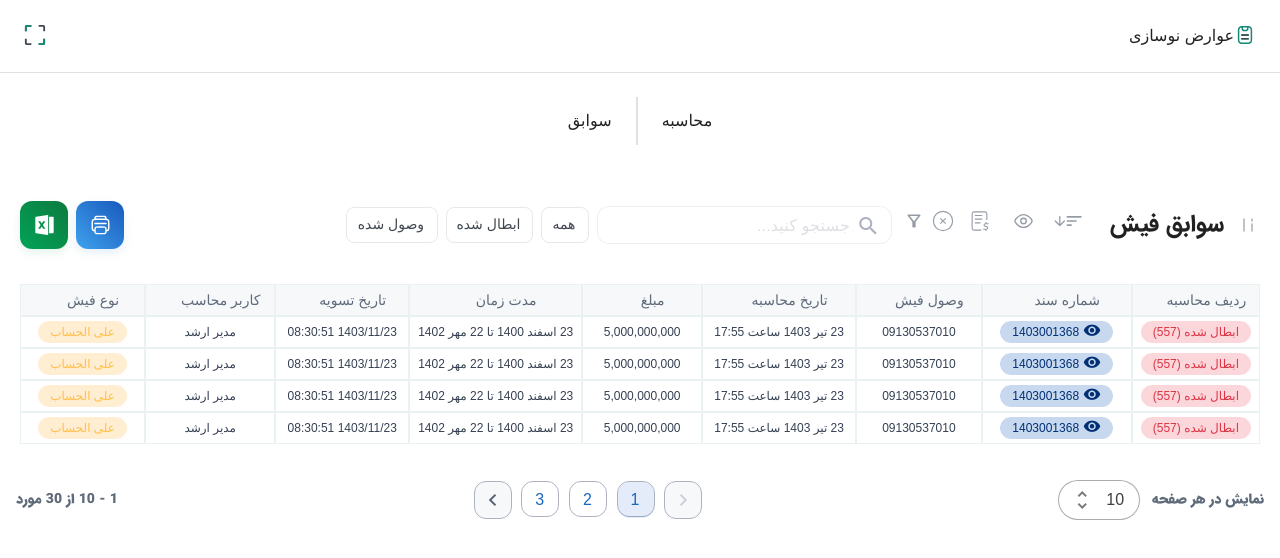
Repository: mobinazarein/data-table
Page: /
The author's editor kept a copy of each file at every save. The page is drawn from the files as they stood at one save, then again after a run of saves.
The browser window is 1280 px wide. The pictures show the whole page.
Some web fonts or font styles are not loaded; a fallback is used. The project was rebuilt for these pictures with package versions that can differ from the ones it lists, and the page was loaded fresh each time. Also part of the build but not shown: vue.config.js.

Above is the page before, as saved 2025-03-26 13:39:48.

### public/index.html
<!DOCTYPE html>
<html lang="en" dir="rtl">
  <head>
    <meta charset="utf-8">
    <meta http-equiv="X-UA-Compatible" content="IE=edge">
    <meta name="viewport" content="width=device-width,initial-scale=1.0">
    <link rel="icon" href="<%= BASE_URL %>favicon.ico">
    <title><%= htmlWebpackPlugin.options.title %></title>
  </head>
  <body>
    <noscript>
      <strong>We're sorry but <%= htmlWebpackPlugin.options.title %> doesn't
        work properly without JavaScript enabled. Please enable it to
        continue.</strong>
    </noscript>
    <div id="app"></div>
    <!-- built files will be auto injected -->
  </body>
</html>

### src/App.vue
<template>
  <v-app dir="rtl">
    <v-locale-provider :rtl="true">
      <div dir="rtl">
        <TopHeader />
        <BelowHeader />
        <DataTable :headers="pageData.headers" :items="pageData.items" :showExportButtons="true" :itemsPerPage="20"
          :showSearchBtn="true" :items-per-page="10" :customStyles="[
            { key: 'row', bgColor: '#FFEEF0', textColor: '#DC3545' },
            { key: 'documentNumber', bgColor: '#E4EFFF', textColor: '#013075', icon: 'mdi-eye', iconColor: '#013075', iconSize: '18px' },
            { key: 'receiptType', bgColor: '#FFBE4C26', textColor: '#FFBE4C' }
          ]" title="سوابق فیش" :iconComponent="PauseIcon"
          :iconList="[PaginationIcon, EyeIcon, InvoiceIcon, CircleCross, FilterIcon]"
          :mobileIconList="[PaginationIcon, EyeIcon, InvoiceIcon, CircleCross, FilterIcon, PrinterIcon, ExcelIcon]"
          :buttons="pageData.buttonList" :mobileFilterButtons="pageData.mobileBtn" :actions="actions" />
      </div>
    </v-locale-provider>
  </v-app>
</template>

<script setup>
import TopHeader from './layouts/TopHeader.vue';
import DataTable from './components/DataTable.vue';
import PauseIcon from './assets/Icons/PauseIcon.vue';
import PaginationIcon from '@/assets/Icons/PaginationIcon.vue';
import EyeIcon from '@/assets/Icons/EyeIcon.vue';
import InvoiceIcon from '@/assets/Icons/InvoiceIcon.vue';
import CircleCross from '@/assets/Icons/CircleCross.vue';
import FilterIcon from '@/assets/Icons/FilterIcon.vue';
import PrinterIcon from '@/assets/Icons/PrinterIcon.vue';
import ExcelIcon from '@/assets/Icons/ExcelIcon.vue';
import BelowHeader from './layouts/BelowHeader.vue';
import { ref } from 'vue';
const pageData = ref({
  headers: [
    { title: 'ردیف محاسبه', key: 'row', align: 'center', sortable: true, width: '121px' },
    { title: 'شماره سند', key: 'documentNumber', align: 'center', sortable: true, width: '165px' },
    { title: 'وصول فیش', key: 'receiptStatus', align: 'center', sortable: true, width: '139px' },
    { title: 'تاریخ محاسبه', key: 'calculationDate', align: 'center', sortable: true, width: '159px' },
    { title: 'مبلغ', key: 'amount', align: 'center', sortable: true, width: '139px' },
    { title: 'مدت زمان', key: 'duration', align: 'center', sortable: true, width: '165px' },
    { title: 'تاریخ تسویه', key: 'settlementDate', align: 'center', sortable: true, width: '139px' },
    { title: 'کاربر محاسب', key: 'user', align: 'center', sortable: true, width: '139px' },
    { title: 'نوع فیش', key: 'receiptType', align: 'center', sortable: true, width: '139px' },
    // { title: 'عملیات', key: 'actions', align: 'center', sortable: true, width: '139px' }
  ],
  items: [
    {
      row: 'ابطال شده (557)',
      documentNumber: '1403001368',
      receiptStatus: '09130537010',
      calculationDate: '23 تیر 1403 ساعت 17:55',
      amount: '5,000,000,000',
      duration: '23 اسفند 1400 تا 22 مهر 1402',
      settlementDate: '1403/11/23 08:30:51',
      user: 'مدیر ارشد',
      receiptType: 'علی الحساب',
    },
    {
      row: 'ابطال شده (557)',
      documentNumber: '1403001368',
      receiptStatus: '09130537010',
      calculationDate: '23 تیر 1403 ساعت 17:55',
      amount: '5,000,000,000',
      duration: '23 اسفند 1400 تا 22 مهر 1402',
      settlementDate: '1403/11/23 08:30:51',
      user: 'مدیر ارشد',
      receiptType: 'علی الحساب'
    },
    {
      row: 'ابطال شده (557)',
      documentNumber: '1403001368',
      receiptStatus: '09130537010',
      calculationDate: '23 تیر 1403 ساعت 17:55',
      amount: '5,000,000,000',
      duration: '23 اسفند 1400 تا 22 مهر 1402',
      settlementDate: '1403/11/23 08:30:51',
      user: 'مدیر ارشد',
      receiptType: 'علی الحساب'
    }, {
      row: 'ابطال شده (557)',
      documentNumber: '1403001368',
      receiptStatus: '09130537010',
      calculationDate: '23 تیر 1403 ساعت 17:55',
      amount: '5,000,000,000',
      duration: '23 اسفند 1400 تا 22 مهر 1402',
      settlementDate: '1403/11/23 08:30:51',
      user: 'مدیر ارشد',
      receiptType: 'علی الحساب'
    }
  ],
  buttonList: [
    { label: 'همه', width: 48 },
    { label: 'ابطال شده', width: 87 },
    { label: 'وصول شده', width: 92 },
  ],
  mobileBtn: [
    { label: "همه", width: 44, borderRadius: 62 },
    { label: "ابطال شده", width: 80, borderRadius: 42 },
    { label: "وصول شده", width: 89, borderRadius: 42 }
  ]
}).value;
const actions = [
  { icon: 'mdi-pencil', method: editItem },
  { icon: 'mdi-delete', method: deleteItem },
];
function editItem() {
  console.log('edit');
}
function deleteItem() {
  console.log('delete');

}
</script>
<style>
body {
  font-family: "IRANSans", sans-serif;
}
</style>

### src/assets/base.scss
// @import "./styles/fonts";

*,
*::before,
*::after {
  box-sizing: border-box;
  margin: 0;
  font-weight: normal;
  font-family: "IRANSans", sans-serif;
  letter-spacing: 0;
}

body {
  font-family: "IRANSans", sans-serif !important;
}
h1,
h2 {
  font-family: "IRANSans", sans-serif;
  font-weight: 700;
}
p {
  font-family: "IRANSans", sans-serif;
  font-weight: 400;
}
.v-field.v-field--center-affix.v-field--prepended.v-field--variant-outlined.v-theme--light.v-locale--is-rtl {
  border-radius: 12px !important;
}
.v-field__prepend-inner {
  color: #737993;
}

label.v-label.v-field-label {
  color: #c7cacf;
}

.v-field.v-field--center-affix.v-field--prepended.v-field--variant-outlined.v-theme--light.v-locale--is-rtl {
  color: #77787f4d;
}
/* .v-table__wrapper {
  overflow: hidden;
} */
.v-data-table thead {
  background-color: #f6f8fa !important;
  width: 138.41665649414062px;
  height: 32px !important;
}

.v-data-table thead th {
  height: 32px !important;
  color: #5f6b7a !important;
  font-weight: 700 !important;
  border: 1px solid #eaf1f2 !important;
  padding: 0 8px !important;
}

.v-data-table tbody tr td {
  height: 32px !important;
  color: #364153 !important;
  font-weight: 500 !important;
  border: 1px solid #eaf1f2 !important;
  white-space: nowrap !important;
  overflow: hidden !important;
  text-overflow: ellipsis !important;
  height: 32px !important;
  padding: 0 8px !important;
  font-size: 12px !important;
  padding: 0 8px !important;
  font-weight: 400 !important;
}

.v-data-table tbody tr {
  height: 32px !important;
}

td.v-data-table__td.v-data-table-column--align-center {
  font-size: 12px !important;
  height: 32px !important;
}

th {
  white-space: nowrap;
}

.custom-pagination .v-pagination__item {
  border-radius: 12px !important;
  min-width: 36px !important;
  height: 36px !important;
  font-size: 14px !important;
  color: #5b6176 !important;
  border: 1px solid #aeb2c0 !important;
}

.custom-pagination .v-pagination__item--active {
  border-radius: 12px !important;
  min-width: 36px !important;
  height: 36px !important;
  background-color: #b8dada !important;
  color: #148976 !important;
  border: 1px solid #148976 !important;
  font-weight: bold !important;
  box-shadow: none !important;
}
button.v-btn.v-btn--icon.v-theme--light.text-primary.v-btn--density-comfortable.v-btn--rounded.v-btn--size-default.v-btn--variant-text {
  border-radius: 12px !important;
}

.custom-pagination .v-pagination__prev,
.custom-pagination .v-pagination__next {
  border-radius: 12px !important;
  background-color: #f6f8fa !important;
  color: #5b6176 !important;
  border: 1px solid #aeb2c0 !important;
}
.mdi-chevron-right::before {
  color: #5b6176 !important;
}

.mdi-chevron-left::before {
  color: #5b6176 !important;
}

.custom-pagination .v-pagination__prev:hover,
.custom-pagination .v-pagination__next:hover,
.custom-pagination .v-pagination__prev:focus,
.custom-pagination .v-pagination__next:focus,
.custom-pagination .v-pagination__prev.v-pagination__item--active,
.custom-pagination .v-pagination__next.v-pagination__item--active {
  border: 1px solid #148976 !important;
  color: #148976 !important;
}

.custom-pagination .v-pagination__item--active,
.custom-pagination .v-pagination__item:focus {
  border-radius: 12px !important;
  min-width: 36px !important;
  height: 36px !important;
  background-color: #d8eef2 !important;
  color: #148976 !important;
  border: 1px solid #148976 !important;
  font-weight: bold !important;
}

.custom-pagination .v-pagination__item:hover {
  border: 1px solid #148976 !important;
  color: #148976 !important;
}

.custom-pagination .v-pagination__prev:hover,
.custom-pagination .v-pagination__next:hover {
  border: 1px solid #148976 !important;
  color: #148976 !important;
}

### src/layouts/TopHeader.vue
<template>
    <div class="d-flex justify-space-between items-center pa-6 border-b border-[#ADB0B433] select-none">
        <div class="d-flex flex-row gap-x-1.25">
            <ClipBoard />
            <div class="h-5 text-nowrap">عوارض نوسازی</div>
        </div>
        <FullScreen class="cursor-pointer" @click="toggleFullscreen" />
    </div>
</template>
<script setup>
import ClipBoard from "../assets/Icons/headers/ClipboardIcon.vue";
import FullScreen from "../assets/Icons/headers/FullScreen.vue";
const toggleFullscreen = () => {
    if (document.fullscreenElement) {
        if (document.exitFullscreen) {
            document.exitFullscreen();
        } else if (document.webkitExitFullscreen) {
            // Safari
            document.webkitExitFullscreen();
        } else if (document.mozCancelFullScreen) {
            // Firefox
            document.mozCancelFullScreen();
        } else if (document.msExitFullscreen) {
            // IE/Edge
            document.msExitFullscreen();
        }
    } else {
        const doc = document.documentElement;
        if (doc.requestFullscreen) {
            doc.requestFullscreen();
        } else if (doc.mozRequestFullScreen) {
            // Firefox
            doc.mozRequestFullScreen();
        } else if (doc.webkitRequestFullscreen) {
            // Chrome, Safari, Opera
            doc.webkitRequestFullscreen();
        } else if (doc.msRequestFullscreen) {
            // IE/Edge
            doc.msRequestFullscreen();
        }
    }
};
</script>
<style scoped></style>

### src/assets/Icons/PauseIcon.vue
<template>
    <svg width="24" height="24" viewBox="0 0 24 24" fill="none" xmlns="http://www.w3.org/2000/svg">
        <path d="M8 6V18M16 6V8M16 18V11" stroke="#ADB0B4" stroke-width="1.5" stroke-linecap="round"
            stroke-linejoin="round" />
    </svg>
</template>

### src/assets/Icons/PaginationIcon.vue
<template>
    <svg width="36" height="48" viewBox="0 0 36 48" fill="none" xmlns="http://www.w3.org/2000/svg">
<path d="M9.79481 19.4529V28.5469M9.79481 28.5469L14.3418 23.9999M9.79481 28.5469L5.2478 23.9999" stroke="#969CA6" stroke-width="1.29915" stroke-linecap="round" stroke-linejoin="round"/>
<path d="M16.7693 28.9231H21.6924V27.282H16.7693V28.9231ZM16.7693 19.0769V20.7179H31.5385V19.0769H16.7693ZM16.7693 24.8205H26.6154V23.1795H16.7693V24.8205Z" fill="#969CA6"/>
</svg>
</template>

### src/assets/Icons/EyeIcon.vue
<template>
    <svg width="37" height="48" viewBox="0 0 37 48" fill="none" xmlns="http://www.w3.org/2000/svg">
<path d="M18.5 17.5833C21.4713 17.5833 24.0781 19.7396 25.7446 21.5522C26.4843 22.3568 26.8542 22.7591 26.979 23.5925C27.0096 23.7966 27.0096 24.2033 26.979 24.4073C26.8542 25.2407 26.4843 25.643 25.7446 26.4477C24.0781 28.2603 21.4713 30.4166 18.5 30.4166C15.5288 30.4166 12.922 28.2603 11.2555 26.4477C10.5158 25.643 10.1459 25.2407 10.0211 24.4073C9.99049 24.2033 9.99049 23.7966 10.0211 23.5925C10.1459 22.7591 10.5158 22.3568 11.2555 21.5522C12.922 19.7396 15.5288 17.5833 18.5 17.5833Z" stroke="#969CA6" stroke-width="1.375" stroke-linejoin="round"/>
<path d="M21.25 24C21.25 25.5188 20.0188 26.75 18.5 26.75C16.9812 26.75 15.75 25.5188 15.75 24C15.75 22.4812 16.9812 21.25 18.5 21.25C20.0188 21.25 21.25 22.4812 21.25 24Z" stroke="#969CA6" stroke-width="1.375" stroke-linejoin="round"/>
</svg>
</template>

### src/assets/Icons/InvoiceIcon.vue
<template>
    <svg width="35" height="48" viewBox="0 0 35 48" fill="none" xmlns="http://www.w3.org/2000/svg">
<path d="M26.6666 26.1999H23.9166V27.2999H26.6666V26.1999ZM23.9166 26.1999H23.4583V27.2999H23.9166V26.1999ZM23.4583 30.0499H24.375V28.9499H23.4583V30.0499ZM24.375 31.6999H23.9166V32.7999H24.375V31.6999ZM23.9166 31.6999H21.1666V32.7999H23.9166V31.6999ZM25.2 30.8749C25.2 31.3306 24.8306 31.6999 24.375 31.6999V32.7999C25.4381 32.7999 26.3 31.9381 26.3 30.8749H25.2ZM24.375 30.0499C24.8306 30.0499 25.2 30.4193 25.2 30.8749H26.3C26.3 29.8118 25.4381 28.9499 24.375 28.9499V30.0499ZM21.5333 28.1249C21.5333 29.1881 22.3951 30.0499 23.4583 30.0499V28.9499C23.0027 28.9499 22.6333 28.5806 22.6333 28.1249H21.5333ZM23.4583 26.1999C22.3951 26.1999 21.5333 27.0618 21.5333 28.1249H22.6333C22.6333 27.6693 23.0027 27.2999 23.4583 27.2999V26.1999ZM24.4666 26.7499V24.9166H23.3666V26.7499H24.4666ZM23.3666 32.2499V34.0833H24.4666V32.2499H23.3666ZM13.8333 15.3833H21.1666V14.2833H13.8333V15.3833ZM19.3333 32.6166H13.8333V33.7166H19.3333V32.6166ZM10.7166 29.4999V18.4999H9.61663V29.4999H10.7166ZM13.8333 32.6166C12.9535 32.6166 12.349 32.6154 11.8949 32.5544C11.4567 32.4954 11.2418 32.39 11.0925 32.2407L10.3147 33.0185C10.7024 33.4062 11.1881 33.5692 11.7483 33.6446C12.2928 33.7178 12.9846 33.7166 13.8333 33.7166V32.6166ZM9.61663 29.4999C9.61663 30.3486 9.61546 31.0405 9.68865 31.5849C9.76397 32.1451 9.92698 32.6308 10.3147 33.0185L11.0925 32.2407C10.9432 32.0914 10.8378 31.8766 10.7788 31.4383C10.7178 30.9842 10.7166 30.3797 10.7166 29.4999H9.61663ZM21.1666 15.3833C22.0464 15.3833 22.6509 15.3844 23.105 15.4455C23.5433 15.5044 23.7582 15.6099 23.9074 15.7591L24.6852 14.9813C24.2975 14.5936 23.8118 14.4306 23.2516 14.3553C22.7072 14.2821 22.0153 14.2833 21.1666 14.2833V15.3833ZM25.3833 18.4999C25.3833 17.6512 25.3845 16.9594 25.3113 16.415C25.2359 15.8547 25.0729 15.369 24.6852 14.9813L23.9074 15.7591C24.0567 15.9084 24.1622 16.1233 24.2211 16.5615C24.2821 17.0156 24.2833 17.6201 24.2833 18.4999H25.3833ZM13.8333 14.2833C12.9846 14.2833 12.2928 14.2821 11.7483 14.3553C11.1881 14.4306 10.7024 14.5936 10.3147 14.9813L11.0925 15.7591C11.2418 15.6099 11.4567 15.5044 11.8949 15.4455C12.349 15.3844 12.9535 15.3833 13.8333 15.3833V14.2833ZM10.7166 18.4999C10.7166 17.6201 10.7178 17.0156 10.7788 16.5615C10.8378 16.1233 10.9432 15.9084 11.0925 15.7591L10.3147 14.9813C9.92698 15.369 9.76397 15.8547 9.68865 16.415C9.61546 16.9594 9.61663 17.6512 9.61663 18.4999H10.7166ZM24.2833 18.4999V23.0833H25.3833V18.4999H24.2833ZM12.9166 19.0499H20.25V17.9499H12.9166V19.0499ZM12.9166 22.7166H20.25V21.6166H12.9166V22.7166ZM12.9166 26.3833H18.4166V25.2833H12.9166V26.3833Z" fill="#969CA6"/>
</svg>
</template>

### src/assets/Icons/CircleCross.vue
<template>
    <svg width="22" height="22" viewBox="0 0 21 20" fill="none" xmlns="http://www.w3.org/2000/svg">
        <path
            d="M7.90736 7.40719L13.0928 12.5926M13.0927 7.40719L7.90726 12.5926M19.6667 9.99992C19.6667 15.0625 15.5627 19.1666 10.5 19.1666C5.43743 19.1666 1.33337 15.0625 1.33337 9.99992C1.33337 4.93731 5.43743 0.833252 10.5 0.833252C15.5627 0.833252 19.6667 4.93731 19.6667 9.99992Z"
            stroke="#969CA6" stroke-width="1.1" />
    </svg>
</template>

### src/assets/Icons/FilterIcon.vue
<template>
    <svg width="20" height="20" viewBox="0 0 20 20" fill="none" xmlns="http://www.w3.org/2000/svg">
<path d="M5.90159 5.07682H14.1067L9.99595 10.246L5.90159 5.07682ZM3.64518 4.75682C5.30262 6.88194 8.36313 10.8204 8.36313 10.8204V15.7435C8.36313 16.1948 8.73236 16.564 9.18364 16.564H10.8247C11.276 16.564 11.6452 16.1948 11.6452 15.7435V10.8204C11.6452 10.8204 14.6975 6.88194 16.3549 4.75682C16.7734 4.21528 16.3877 3.43579 15.7067 3.43579H4.29339C3.61236 3.43579 3.22672 4.21528 3.64518 4.75682Z" fill="#969CA6"/>
</svg>
</template>

### src/assets/Icons/PrinterIcon.vue
<template>
    <svg
      width="23"
      height="24"
      viewBox="0 0 23 24"
      fill="none"
      xmlns="http://www.w3.org/2000/svg"
      :style="{ color: iconColor }"
    >
      <path
        d="M6 10.5641H17M6 17.7447V17.7447C5.66891 17.7447 5.50337 17.7447 5.36418 17.7283C4.26359 17.599 3.39569 16.7311 3.26636 15.6305C3.25 15.4913 3.25 15.3257 3.25 14.9947V10.5641C3.25 8.76909 3.25 7.87158 3.70712 7.24241C3.85475 7.03921 4.03345 6.86052 4.23664 6.71289C4.86582 6.25577 5.76332 6.25577 7.55833 6.25577H15.4417C17.2367 6.25577 18.1342 6.25577 18.7634 6.71289C18.9666 6.86052 19.1452 7.03921 19.2929 7.24241C19.75 7.87158 19.75 8.76909 19.75 10.5641V14.9947C19.75 15.3257 19.75 15.4913 19.7336 15.6305C19.6043 16.7311 18.7364 17.599 17.6358 17.7283C17.4966 17.7447 17.3311 17.7447 17 17.7447V17.7447M6 17.7447V17.7447C6 18.6368 6 19.0829 6.14576 19.4348C6.3401 19.904 6.71286 20.2768 7.18205 20.4711C7.53393 20.6169 7.98003 20.6169 8.87222 20.6169H14.1278C15.02 20.6169 15.4661 20.6169 15.818 20.4711C16.2871 20.2768 16.6599 19.904 16.8542 19.4348C17 19.0829 17 18.6368 17 17.7447V17.7447M6 17.7447V17.3617C6 15.9257 6 15.2077 6.3657 14.7043C6.4838 14.5418 6.62676 14.3988 6.78931 14.2807C7.29265 13.915 8.01066 13.915 9.44667 13.915H13.5533C14.9893 13.915 15.7073 13.915 16.2107 14.2807C16.3732 14.3988 16.5162 14.5418 16.6343 14.7043C17 15.2077 17 15.9257 17 17.3617V17.7447M17 6.25577V6.25577C17 5.36358 17 4.91748 16.8542 4.56559C16.6599 4.09641 16.2871 3.72364 15.818 3.5293C15.4661 3.38354 15.02 3.38354 14.1278 3.38354H8.87222C7.98003 3.38354 7.53393 3.38354 7.18205 3.5293C6.71286 3.72364 6.3401 4.09641 6.14576 4.56559C6 4.91748 6 5.36358 6 6.25577V6.25577H17Z"
        stroke="currentColor"
        stroke-width="1.43611"
        stroke-linecap="round"
        stroke-linejoin="round"
      />
    </svg>
  </template>

  <script setup>
  import { defineProps } from 'vue';

  defineProps({
    iconColor: {
      type: String,
      default: 'white',
    },
  });
  </script>

### src/assets/Icons/ExcelIcon.vue
<template>
    <svg
      width="23"
      height="22"
      viewBox="0 0 23 22"
      fill="none"
      xmlns="http://www.w3.org/2000/svg"
      :style="{ color: iconColor }"
    >
      <g clip-path="url(#clip0_397_6997)">
        <path
          d="M3.12085 2.63712L14.6434 0.991705C14.7084 0.982376 14.7747 0.987136 14.8377 1.00566C14.9007 1.02419 14.959 1.05604 15.0087 1.09908C15.0583 1.14211 15.0981 1.19531 15.1254 1.25507C15.1527 1.31483 15.1668 1.37976 15.1668 1.44546V20.5543C15.1668 20.6199 15.1527 20.6847 15.1254 20.7444C15.0982 20.8041 15.0585 20.8573 15.009 20.9003C14.9594 20.9433 14.9012 20.9752 14.8383 20.9938C14.7754 21.0124 14.7092 21.0172 14.6443 21.008L3.11994 19.3626C2.90142 19.3315 2.70147 19.2226 2.55682 19.0559C2.41216 18.8892 2.33252 18.6758 2.33252 18.4551V3.54462C2.33252 3.3239 2.41216 3.11059 2.55682 2.94388C2.70147 2.77716 2.90234 2.66824 3.12085 2.63712ZM16.0834 2.74987H19.7501C19.9932 2.74987 20.2264 2.84645 20.3983 3.01836C20.5702 3.19027 20.6668 3.42342 20.6668 3.66654V18.3332C20.6668 18.5763 20.5702 18.8095 20.3983 18.9814C20.2264 19.1533 19.9932 19.2499 19.7501 19.2499H16.0834V2.74987ZM9.8501 10.9999L12.4168 7.33321H10.2168L8.7501 9.42871L7.28344 7.33321H5.08344L7.6501 10.9999L5.08344 14.6665H7.28344L8.7501 12.571L10.2168 14.6665H12.4168L9.8501 10.9999Z"
          fill="currentColor"
        />
      </g>
      <defs>
        <clipPath id="clip0_397_6997">
          <rect width="22" height="22" fill="white" transform="translate(0.5)" />
        </clipPath>
      </defs>
    </svg>
  </template>

  <script setup>
  import { defineProps } from 'vue';

  defineProps({
    iconColor: {
      type: String,
      default: 'white',
    },
  });
  </script>

### src/layouts/belowHeader.vue
<template>
  <div
    class="d-flex flex-row text-nowrap justify-center items-center px-52 py-6 gap-x-2 select-none border-b-6 border-[#CFEBFD]">
    <template v-for="(item, index) in items" :key="index">
      <router-link :to="{ name: item.link }" active-class="selected"
        class="flex justify-center items-center px-6 py-3 cursor-pointer">
        {{ item.title }}
      </router-link>
      <div v-if="index < items.length - 1" class="w-0 h-7.5 border border-[#ADB0B41A]"></div>
    </template>
  </div>
</template>
<script setup>
// import { useRoute } from "vue-router";
// const route = useRoute();
const items = [
  { title: "محاسبه", link: "calculation" },
  { title: "سوابق", link: "records" },
  // { title: "کیف نوسازی"},
  // { title: "انتقال فیش" },
  // { title: "فیش علی الحساب" },
  // { title: "آرای کمسیون 77" },
  // { title: "قرارداد های پسماند" },
];
</script>
<style>
.selected {
  color: #ffffff;
  border-radius: 7px;
  background: linear-gradient(90deg, #148976 0%, #117363 100%);
}
</style>

### src/assets/styles/_fonts.scss
@font-face {
  font-family: "IRANSans";
  src: url("/public/fonts/IRANSans.woff2") format("woff2");
  font-weight: 400;
  font-style: normal;
  font-display: swap;
}

@font-face {
  font-family: "IRANSans";
  src: url("/public/fonts/IRANSans_Black.woff2") format("woff2");
  font-weight: 500;
  font-style: normal;
  font-display: swap;
}

@font-face {
  font-family: "IRANSans";
  src: url("/public/fonts/IRANSans_Bold.woff2") format("woff2");
  font-weight: 800;
  font-style: normal;
  font-display: swap;
}

### src/assets/Icons/headers/FullScreen.vue
<template>
  <svg width="22" height="22" viewBox="0 0 22 22" fill="none" xmlns="http://www.w3.org/2000/svg">
    <g clip-path="url(#clip0_762_4180)">
      <path
        d="M3.66676 2.74973C3.20873 2.74973 2.95741 2.75168 2.78307 2.77512L2.7764 2.77603L2.77548 2.78271C2.75204 2.95705 2.75009 3.20836 2.75009 3.6664V7.33306H0.916761L0.916755 3.61652C0.916678 3.22779 0.916604 2.85 0.958496 2.53842C1.00572 2.18715 1.12078 1.78631 1.45373 1.45337C1.78668 1.12042 2.18752 1.00536 2.53878 0.95813C2.85037 0.916238 3.22816 0.916312 3.61689 0.916388L7.33343 0.916395V2.74973H3.66676Z"
        fill="#40474F" />
      <path
        d="M18.3334 2.74973C18.7915 2.74973 19.0428 2.75168 19.2171 2.77512L19.2238 2.77603L19.2247 2.78271C19.2481 2.95705 19.2501 3.20836 19.2501 3.6664V7.33306H21.0834L21.0834 3.61652C21.0835 3.22781 21.0836 2.84999 21.0417 2.53842C20.9945 2.18715 20.8794 1.78631 20.5465 1.45337C20.2135 1.12042 19.8127 1.00536 19.4614 0.95813C19.1498 0.916238 18.772 0.916312 18.3833 0.916388L14.6668 0.916395V2.74973H18.3334Z"
        fill="#40474F" />
      <path
        d="M18.3334 19.2497C18.7915 19.2497 19.0428 19.2478 19.2171 19.2243L19.2238 19.2234L19.2247 19.2167C19.2481 19.0424 19.2501 18.7911 19.2501 18.333V14.6664H21.0834L21.0834 18.3829C21.0835 18.7716 21.0836 19.1494 21.0417 19.461C20.9945 19.8123 20.8794 20.2131 20.5465 20.5461C20.2135 20.879 19.8127 20.9941 19.4614 21.0413C19.1498 21.0832 18.772 21.0831 18.3833 21.083L14.6668 21.083V19.2497H18.3334Z"
        fill="#40474F" />
      <path
        d="M2.78307 19.2243C2.95741 19.2478 3.20873 19.2497 3.66676 19.2497H7.33343V21.083L3.61689 21.083C3.22816 21.0831 2.85037 21.0832 2.53878 21.0413C2.18752 20.9941 1.78668 20.879 1.45373 20.5461C1.12078 20.2131 1.00572 19.8123 0.958496 19.461C0.916603 19.1494 0.916678 18.7716 0.916755 18.3829L0.916761 14.6664H2.75009V18.333C2.75009 18.7911 2.75204 19.0424 2.77548 19.2167L2.7764 19.2234L2.78307 19.2243Z"
        fill="#40474F" />
    </g>
    <path
      d="M3.66652 2.74985C3.20848 2.74985 2.95717 2.7518 2.78283 2.77524L2.77615 2.77615L2.77524 2.78283C2.7518 2.95717 2.74985 3.20848 2.74985 3.66652V7.33318H0.916517L0.91651 3.61664C0.916434 3.22791 0.91636 2.85013 0.958251 2.53854C1.00548 2.18727 1.12054 1.78644 1.45349 1.45349C1.78643 1.12054 2.18727 1.00548 2.53854 0.958252C2.85013 0.91636 3.22791 0.916434 3.61664 0.91651L7.33318 0.916517V2.74985H3.66652Z"
      fill="#148976" />
    <path
      d="M18.3332 19.2498C18.7912 19.2498 19.0425 19.2479 19.2169 19.2244L19.2235 19.2235L19.2245 19.2168C19.2479 19.0425 19.2498 18.7912 19.2498 18.3332V14.6665H21.0832L21.0832 18.383C21.0833 18.7717 21.0833 19.1496 21.0414 19.4611C20.9942 19.8124 20.8792 20.2132 20.5462 20.5462C20.2133 20.8791 19.8124 20.9942 19.4612 21.0414C19.1496 21.0833 18.7718 21.0832 18.3831 21.0832L14.6665 21.0832V19.2498H18.3332Z"
      fill="#148976" />
    <defs>
      <clipPath id="clip0_762_4180">
        <rect width="22" height="22" fill="white" />
      </clipPath>
    </defs>
  </svg>
</template>

Loaded but not shown: src/plugins/vuetify.js (17 lines, source omitted); src/main.js (9 lines, source omitted); src/components/DataTable.vue (235 lines, source omitted); src/assets/Icons/headers/ClipboardIcon.vue (9 lines, source omitted)

After the next 2 saves:
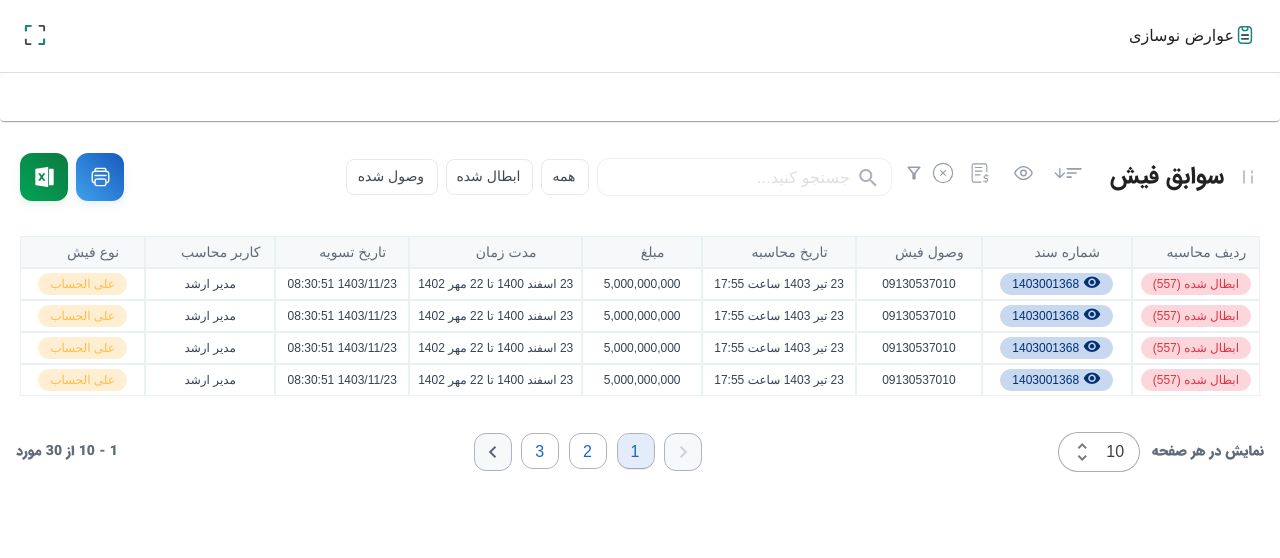
The 2 saves are shown as one change because 1 did not build or start.
The last was saved 3 min 1 s later.
--- a/src/layouts/belowHeader.vue
+++ b/src/layouts/belowHeader.vue
@@ -1,5 +1,5 @@
 <template>
-  <div
+  <!--<div
     class="d-flex flex-row text-nowrap justify-center items-center px-52 py-6 gap-x-2 select-none border-b-6 border-[#CFEBFD]">
     <template v-for="(item, index) in items" :key="index">
       <router-link :to="{ name: item.link }" active-class="selected"
@@ -8,7 +8,7 @@
       </router-link>
       <div v-if="index < items.length - 1" class="w-0 h-7.5 border border-[#ADB0B41A]"></div>
     </template>
-  </div>
+</div>
 </template>
 <script setup>
 // import { useRoute } from "vue-router";
@@ -29,4 +29,10 @@ const items = [
   border-radius: 7px;
   background: linear-gradient(90deg, #148976 0%, #117363 100%);
 }
-</style>
+</style> -->
+  <v-card>
+    <v-row no-gutters justify="center">
+      <v-tabs></v-tabs>
+    </v-row>
+  </v-card>
+</template>
